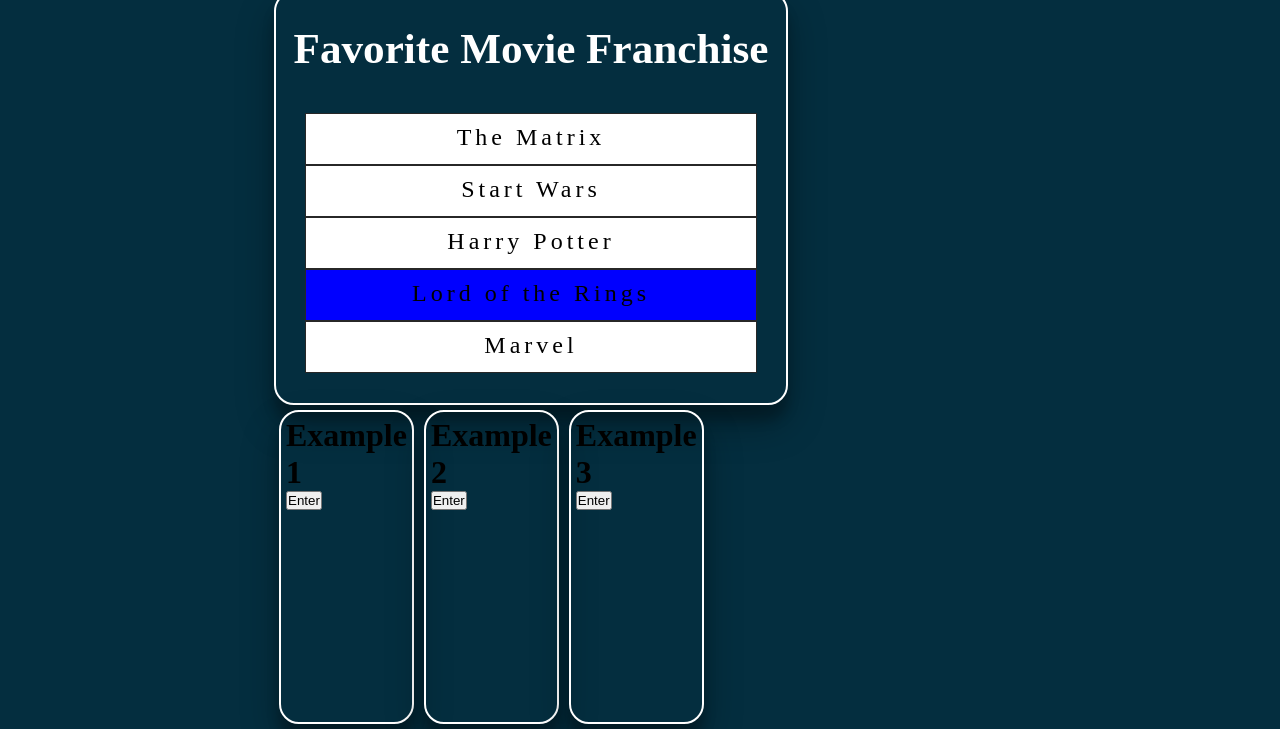
Repository: Ellisvelandia/DOM-Manipulation
Page: index.html
The author's editor kept a copy of each file at every save. The page is drawn from the files as they stood at one save, then again after the next save.
The browser window is 1280 px wide. The pictures show the whole page.

Above is the page before, as saved 2022-08-22 16:50:19.

### index.html
<!DOCTYPE html>
<html lang="en">
  <head>
    <meta charset="UTF-8" />
    <meta http-equiv="X-UA-Compatible" content="IE=edge" />
    <meta name="viewport" content="width=device-width, initial-scale=1.0" />
    <link rel="stylesheet" href="style.css" />
    <title>Master DOM Manipulation</title>
  </head>
  <body>
    <div>

      <div class="container">
        <h1 id="main-heading">Favorite Movie Franchise</h1>
        <ul>
          <li class="list-items">The Matrix</li>
          <li class="list-items">Start Wars</li>
          <li class="list-items">Harry Potter</li>
          <li class="list-items">Lord of the Rings</li>
          <li class="list-items">Marvel</li>
        </ul>
      </div>

      <div class="container_event_listener">
        <div class="boxes box-1">
          <h1 id="heading">Example 1</h1>
          <button onclick="alert('I love Javascript')">Enter</button>
        </div>
        <div class="boxes box-2">
          <h1 id="heading">Example 2</h1>
          <button class="btn-2">Enter</button>
        </div>
        <div class="boxes box-3">
          <h1 id="heading">Example 3</h1>
          <button class="btn-3">Enter</button>
        </div>
      </div>

    </div>


    <script src="app.js"></script>
  </body>
</html>

### style.css
* {
  padding: 0;
  margin: 0;
}

body {
  background-color: #042e3f;
  max-width: 100%;
  height: 100vh;
  display: flex;
  justify-content: center;
  align-items: center;
}

.container {
  display: flex;
  align-items: center;
  flex-direction: column;
  justify-content: center;
  border: 1px solid transparent;
  padding: 5px;
  border-radius: 20px;
  height: 400px;
  width: 500px;
  border: 2px solid #fff;
  box-shadow: rgba(0, 0, 0, 0.3) 0px 19px 38px,
    rgba(0, 0, 0, 0.22) 0px 15px 12px;
}

#main-heading {
  font-size: 2.7rem;
  font-weight: 900;
  color: #fff;
  padding-bottom: 40px;
}

.list-items {
  text-align: center;
  color: #000;
  font-size: 1.5rem;
  font-weight: 300;
  background-color: #fff;
  padding-top: 10px;
  width: 450px;
  height: 40px;
  border: rgb(39, 39, 39) solid 1px;
  letter-spacing: 4px;
}

ul {
  list-style: none;
}

.container_event_listener {
  display: flex;
  align-items: baseline;
  flex-direction: row;
  justify-content: space-evenly;
  max-width: 50%;
}

.boxes {
  margin: 5px;
  display: inline-block;
  align-items: baseline;
  flex-direction: row;
  justify-content: space-around;
  border: 1px solid transparent;
  padding: 5px;
  border-radius: 20px;
  height: 300px;
  width: 220px;
  border: 2px solid #fff;
  box-shadow: rgba(0, 0, 0, 0.3) 0px 19px 38px,
    rgba(0, 0, 0, 0.22) 0px 15px 12px;
}

### app.js
// // // const title = document.querySelector("#main-heading");

// // // title.style.color = "red";

// // // console.log(title);

// // // const listItems = document.querySelectorAll(".list-items");

// // // for (i = 0; i < listItems.length; i++) {
// // //   listItems[i].style.fontSize = "2rem";
// // // }

// // // console.log(listItems);

// // // Creating Element

// // const ul = document.querySelector("ul");
// // const li = document.querySelector("li");

// // // Adding Elements

// // ul.append(li)

// // // Modifying the text

// // // const firstListItem = document.querySelector('.list-items');

// // // console.log (firstListItem.innerText);
// // // console.log (firstListItem.textContent);
// // // console.log (firstListItem.innerHTML);

// // li.innerText = 'x-men';

// // // Modifying Attributes & classes

// // li.classList.remove('list-items')

// // console.log(li.classList.contains('list-items'));

// // // Remove Elements

// // li.remove();

// // traverse the DOM

// // Parent Node Traversal

// let ul = document.querySelector("ul");

// // console.log(ul.parentNode.parentNode);
// // console.log(ul.parentElement.parentElement);

// const html = document.documentElement;

// console.log(html.parentNode);
// console.log(html.parentElement)

// Child Node Traversal

let ul = document.querySelector('ul');

// console.log(ul.childNodes);
// console.log(ul.firstChild);
// console.log(ul.lastChild);

ul.childNodes[7].style.backgroundColor = 'blue'

// console.log (ul.children);
// console.log(ul.firstElementChild);
// console.log(ul.lastElementChild);

// Sibling  Traversal

// let ul = document.querySelector("ul");
// const div = document.querySelector("div");

// console.log(div.childNodes)

// console.log(ul.previousElementSibling);
// console.log(ul.nextElementSibling);

After the next save:
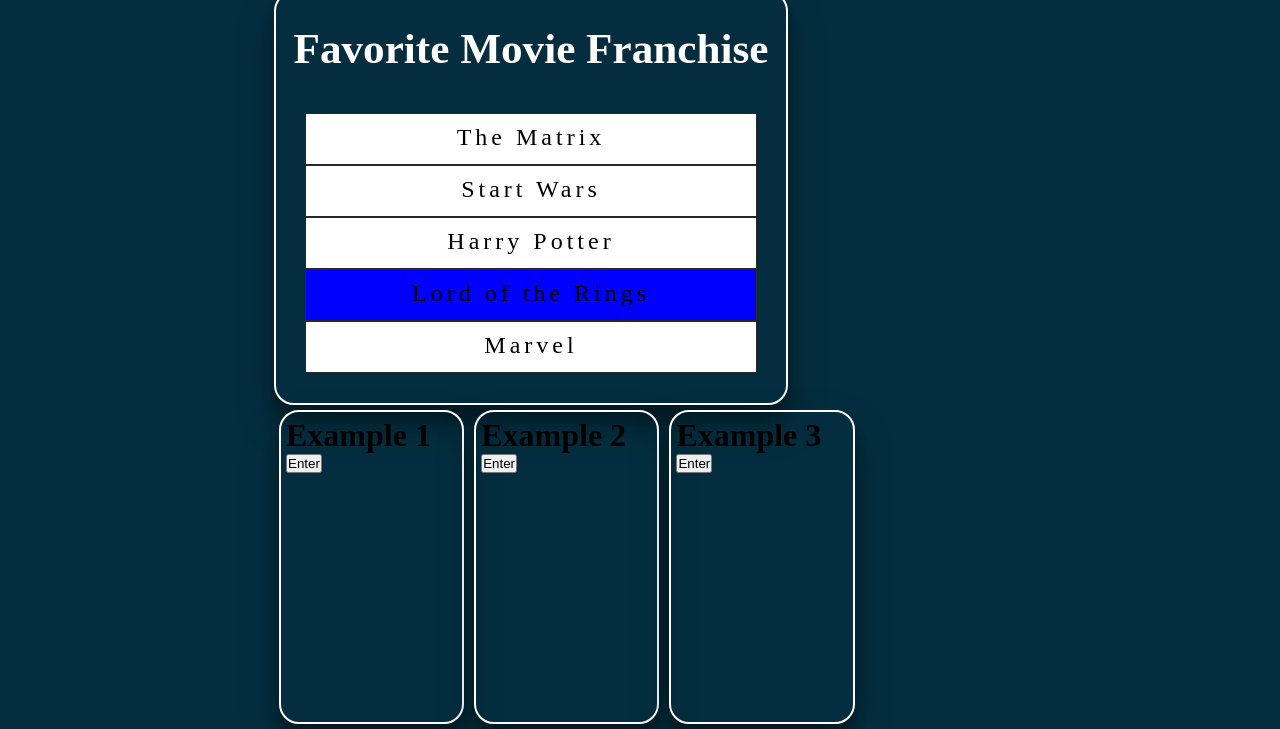
Saved 5 s later.
--- a/style.css
+++ b/style.css
@@ -56,7 +56,7 @@
   align-items: baseline;
   flex-direction: row;
   justify-content: space-evenly;
-  max-width: 50%;
+  max-width: 80%;
 }
 
 .boxes {
